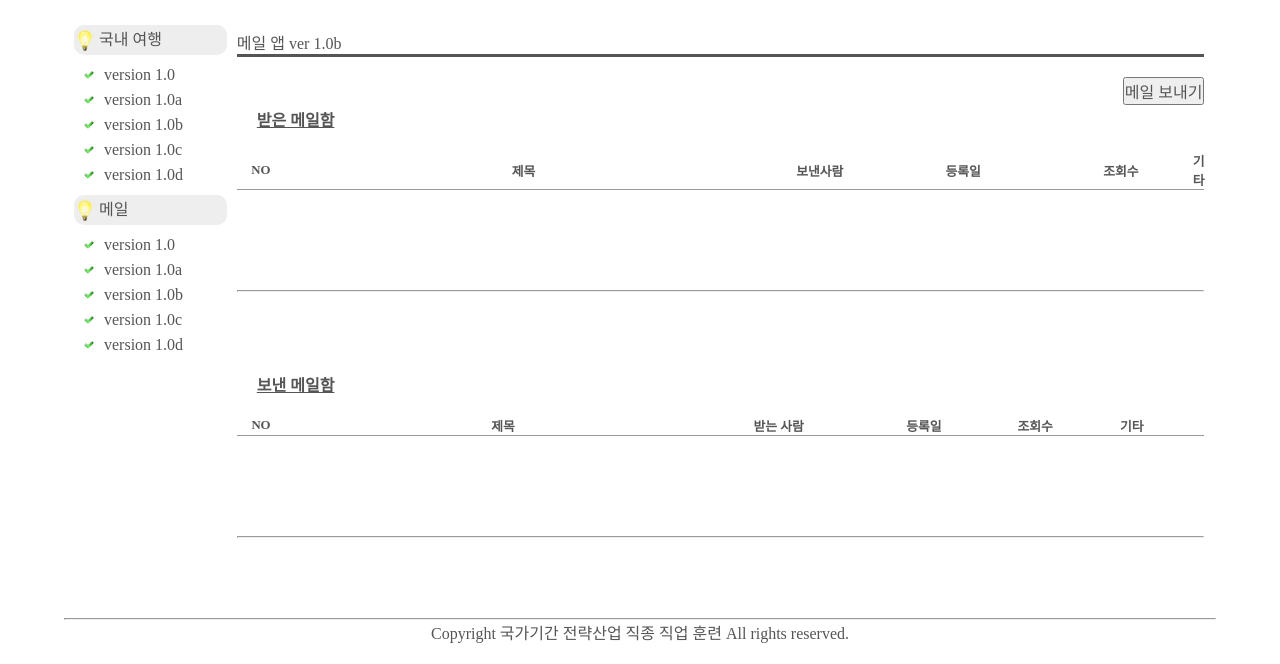
Repository: jangky000/ai_web
Page: http://localhost/blog_v2jc/mail_app1d/list.jsp
An editor plug-in stored every save of this project. The page is shown before and after the next save, followed by the edit.
The browser window is 1280 px wide. The pictures show the part of the page from y = 210 to 874 px (the page is 874 px tall before and 855 px after).
The page is served by Tomcat 9. Queries for data that is not in the repository find no rows.

Above is the page before, as saved 2020-04-03 05:46:39.

After the next save:
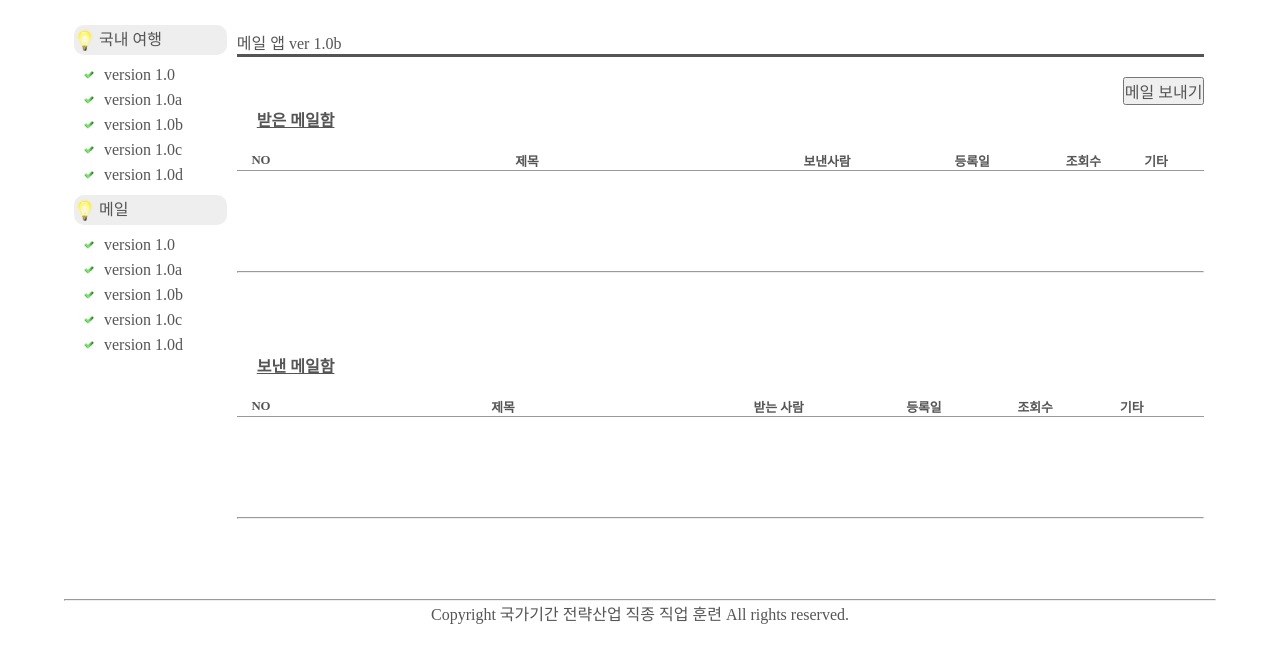
Saved 22 s later.
--- a/ws__frame/blog_v2jc/WebContent/mail_app1d/list.jsp
+++ b/ws__frame/blog_v2jc/WebContent/mail_app1d/list.jsp
@@ -41,6 +41,7 @@ MailDAO mailDAO = new MailDAO(my_ip);
       <col style="width: 50%;">
       <col style="width: 12%;">
       <col style="width: 18%;">
+      <col style="width: 5%;">
       <col style="width: 15%;">
     </colgroup>
     <thead>
